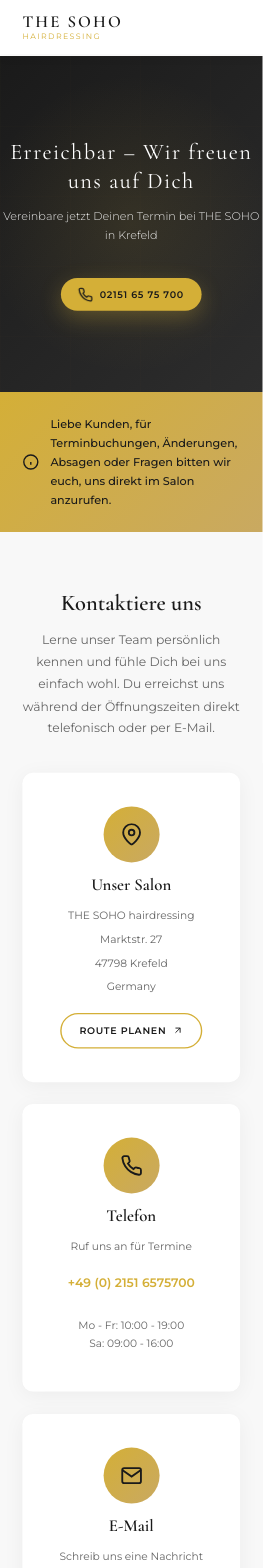
Repository: chichofb/friseur
Page: index.html
These files come from the project's save history. The page is drawn as it stood at one moment and after the next save; the edit follows.
The browser window is 375 px wide. The pictures show the part of the page from y = 0 to 2240 px (the page is 4831 px tall before and 4596 px after), at 70% of full size.

Above is the page before, as saved 2026-01-13 15:26:06.

### index.html
<!DOCTYPE html>
<html lang="de">

<head>
    <meta charset="UTF-8">
    <meta name="viewport" content="width=device-width, initial-scale=1.0">
    <title>THE SOHO - Kontakt | Dein Premium Friseur in Krefeld</title>
    <link rel="preconnect" href="https://fonts.googleapis.com">
    <link rel="preconnect" href="https://fonts.gstatic.com" crossorigin>
    <link
        href="https://fonts.googleapis.com/css2?family=Cormorant+Garamond:wght@300;400;500;600;700&family=Montserrat:wght@300;400;500;600&display=swap"
        rel="stylesheet">
    <link rel="stylesheet" href="styles.css">
</head>

<body>
    <!-- Header -->
    <header class="header">
        <div class="container">
            <a href="https://www.thesoho.de/" class="logo">
                <h1>THE SOHO</h1>
                <p class="tagline">hairdressing</p>
            </a>
            <button class="mobile-menu-toggle" aria-label="Toggle menu">
                <span></span>
                <span></span>
                <span></span>
            </button>
            <nav class="nav">
                <a href="https://www.thesoho.de/">Home</a>
                <a href="https://www.thesoho.de/styles/">Styles</a>
                <a href="https://www.thesoho.de/balayage/">Balayage</a>
                <a href="https://www.thesoho.de/team/">Team</a>
                <a href="https://www.thesoho.de/maennerperuecken/">Hair Systems</a>
                <a href="https://www.thesoho.de/pricelist/">Preisliste</a>
                <a href="https://www.thesoho.de/contact-us/" class="active">Kontakt</a>
            </nav>
        </div>
    </header>

    <!-- Hero Section -->
    <section class="hero">
        <div class="hero-overlay"></div>
        <div class="hero-content">
            <h2 class="hero-title">Erreichbar – Wir freuen uns auf Dich</h2>
            <p class="hero-subtitle">Vereinbare jetzt Deinen Termin bei THE SOHO in Krefeld</p>
            <a href="tel:004921516575700" class="btn-primary">
                <svg width="20" height="20" viewBox="0 0 24 24" fill="none" stroke="currentColor" stroke-width="2">
                    <path
                        d="M22 16.92v3a2 2 0 0 1-2.18 2 19.79 19.79 0 0 1-8.63-3.07 19.5 19.5 0 0 1-6-6 19.79 19.79 0 0 1-3.07-8.67A2 2 0 0 1 4.11 2h3a2 2 0 0 1 2 1.72 12.84 12.84 0 0 0 .7 2.81 2 2 0 0 1-.45 2.11L8.09 9.91a16 16 0 0 0 6 6l1.27-1.27a2 2 0 0 1 2.11-.45 12.84 12.84 0 0 0 2.81.7A2 2 0 0 1 22 16.92z">
                    </path>
                </svg>
                02151 65 75 700
            </a>
        </div>
    </section>

    <!-- Info Banner -->
    <section class="info-banner">
        <div class="container">
            <div class="info-content">
                <svg width="24" height="24" viewBox="0 0 24 24" fill="none" stroke="currentColor" stroke-width="2">
                    <circle cx="12" cy="12" r="10"></circle>
                    <line x1="12" y1="16" x2="12" y2="12"></line>
                    <line x1="12" y1="8" x2="12.01" y2="8"></line>
                </svg>
                <p>Liebe Kunden, für Terminbuchungen, Änderungen, Absagen oder Fragen bitten wir euch, uns direkt im
                    Salon anzurufen.</p>
            </div>
        </div>
    </section>

    <!-- Contact Section -->
    <section class="contact-section" id="contact">
        <div class="container">
            <div class="section-header">
                <h3 class="section-title">Kontaktiere uns</h3>
                <p class="section-description">
                    Lerne unser Team persönlich kennen und fühle Dich bei uns einfach wohl.
                    Du erreichst uns während der Öffnungszeiten direkt telefonisch oder per E-Mail.
                </p>
            </div>

            <div class="contact-grid">
                <!-- Contact Cards -->
                <div class="contact-card">
                    <div class="card-icon">
                        <svg width="32" height="32" viewBox="0 0 24 24" fill="none" stroke="currentColor"
                            stroke-width="2">
                            <path d="M21 10c0 7-9 13-9 13s-9-6-9-13a9 9 0 0 1 18 0z"></path>
                            <circle cx="12" cy="10" r="3"></circle>
                        </svg>
                    </div>
                    <h4>Unser Salon</h4>
                    <p>THE SOHO hairdressing</p>
                    <p>Marktstr. 27</p>
                    <p>47798 Krefeld</p>
                    <p>Germany</p>
                    <a href="https://goo.gl/maps/4pSyCB7KoeMvoTCw5" target="_blank" class="btn-secondary">
                        Route planen
                        <svg width="16" height="16" viewBox="0 0 24 24" fill="none" stroke="currentColor"
                            stroke-width="2">
                            <line x1="7" y1="17" x2="17" y2="7"></line>
                            <polyline points="7 7 17 7 17 17"></polyline>
                        </svg>
                    </a>
                </div>

                <div class="contact-card">
                    <div class="card-icon">
                        <svg width="32" height="32" viewBox="0 0 24 24" fill="none" stroke="currentColor"
                            stroke-width="2">
                            <path
                                d="M22 16.92v3a2 2 0 0 1-2.18 2 19.79 19.79 0 0 1-8.63-3.07 19.5 19.5 0 0 1-6-6 19.79 19.79 0 0 1-3.07-8.67A2 2 0 0 1 4.11 2h3a2 2 0 0 1 2 1.72 12.84 12.84 0 0 0 .7 2.81 2 2 0 0 1-.45 2.11L8.09 9.91a16 16 0 0 0 6 6l1.27-1.27a2 2 0 0 1 2.11-.45 12.84 12.84 0 0 0 2.81.7A2 2 0 0 1 22 16.92z">
                            </path>
                        </svg>
                    </div>
                    <h4>Telefon</h4>
                    <p>Ruf uns an für Termine</p>
                    <a href="tel:004921516575700" class="contact-link">+49 (0) 2151 6575700</a>
                    <p class="small-text">Mo - Fr: 10:00 - 19:00<br>Sa: 09:00 - 16:00</p>
                </div>

                <div class="contact-card">
                    <div class="card-icon">
                        <svg width="32" height="32" viewBox="0 0 24 24" fill="none" stroke="currentColor"
                            stroke-width="2">
                            <path d="M4 4h16c1.1 0 2 .9 2 2v12c0 1.1-.9 2-2 2H4c-1.1 0-2-.9-2-2V6c0-1.1.9-2 2-2z">
                            </path>
                            <polyline points="22,6 12,13 2,6"></polyline>
                        </svg>
                    </div>
                    <h4>E-Mail</h4>
                    <p>Schreib uns eine Nachricht</p>
                    <a href="mailto:hello@thesoho.de" class="contact-link">hello@thesoho.de</a>
                    <p class="small-text">Wir antworten innerhalb von 24 Stunden</p>
                </div>

                <div class="contact-card">
                    <div class="card-icon">
                        <svg width="32" height="32" viewBox="0 0 24 24" fill="none" stroke="currentColor"
                            stroke-width="2">
                            <circle cx="12" cy="12" r="10"></circle>
                            <polyline points="12 6 12 12 16 14"></polyline>
                        </svg>
                    </div>
                    <h4>Öffnungszeiten</h4>
                    <div class="opening-hours">
                        <div class="hours-row">
                            <span>Montag - Freitag</span>
                            <span>10:00 - 19:00</span>
                        </div>
                        <div class="hours-row">
                            <span>Samstag</span>
                            <span>09:00 - 16:00</span>
                        </div>
                        <div class="hours-row closed">
                            <span>Sonntag</span>
                            <span>Geschlossen</span>
                        </div>
                    </div>
                </div>
            </div>
        </div>
    </section>

    <!-- Map Section -->
    <section class="map-section">
        <div class="map-container">
            <iframe
                src="https://www.google.com/maps/embed?pb=!1m18!1m12!1m3!1d2484.5436!2d6.5654!3d51.3317!2m3!1f0!2f0!3f0!3m2!1i1024!2i768!4f13.1!3m3!1m2!1s0x47b8a9f4a9f4a9f5%3A0x1234567890!2sMarktstra%C3%9Fe%2027%2C%2047798%20Krefeld%2C%20Germany!5e0!3m2!1sen!2sde!4v1234567890"
                width="100%" height="100%" style="border:0;" allowfullscreen="" loading="lazy">
            </iframe>
        </div>
        <div class="map-overlay">
            <div class="map-info">
                <h3>Besuche uns</h3>
                <p>Mitten im Herzen von Krefeld</p>
                <a href="https://goo.gl/maps/4pSyCB7KoeMvoTCw5" target="_blank" class="btn-primary">
                    Navigation starten
                    <svg width="16" height="16" viewBox="0 0 24 24" fill="none" stroke="currentColor" stroke-width="2">
                        <line x1="7" y1="17" x2="17" y2="7"></line>
                        <polyline points="7 7 17 7 17 17"></polyline>
                    </svg>
                </a>
            </div>
        </div>
    </section>

    <!-- Social Section -->
    <section class="social-section">
        <div class="container">
            <div class="social-content">
                <h3>Folge uns</h3>
                <p>Bleib auf dem Laufenden mit unseren neuesten Styles und Trends</p>
                <div class="social-links">
                    <a href="https://www.instagram.com/thesohohairdressing/" target="_blank"
                        class="social-btn instagram">
                        <svg width="24" height="24" viewBox="0 0 24 24" fill="currentColor">
                            <rect x="2" y="2" width="20" height="20" rx="5" ry="5"></rect>
                            <path d="M16 11.37A4 4 0 1 1 12.63 8 4 4 0 0 1 16 11.37z" fill="none" stroke="white"
                                stroke-width="2"></path>
                            <line x1="17.5" y1="6.5" x2="17.51" y2="6.5" stroke="white" stroke-width="2"></line>
                        </svg>
                        <span>Instagram</span>
                    </a>
                    <a href="https://www.facebook.com/thesohohairdressing/" target="_blank" class="social-btn facebook">
                        <svg width="24" height="24" viewBox="0 0 24 24" fill="currentColor">
                            <path d="M18 2h-3a5 5 0 0 0-5 5v3H7v4h3v8h4v-8h3l1-4h-4V7a1 1 0 0 1 1-1h3z"></path>
                        </svg>
                        <span>Facebook</span>
                    </a>
                </div>
            </div>
        </div>
    </section>

    <!-- Footer -->
    <footer class="footer">
        <div class="container">
            <div class="footer-content">
                <div class="footer-brand">
                    <h2>THE SOHO</h2>
                    <p class="tagline">hairdressing</p>
                    <p class="footer-text">Premium Friseur in Krefeld seit 2025</p>
                </div>
                <div class="footer-links">
                    <h4>Quick Links</h4>
                    <a href="https://www.thesoho.de/">Home</a>
                    <a href="https://www.thesoho.de/styles/">Styles</a>
                    <a href="https://www.thesoho.de/team/">Team</a>
                    <a href="https://www.thesoho.de/contact-us/">Kontakt</a>
                </div>
                <div class="footer-links">
                    <h4>Services</h4>
                    <a href="https://www.thesoho.de/balayage/">Balayage</a>
                    <a href="https://www.thesoho.de/maennerperuecken/">Hair Systems</a>
                    <a href="https://www.thesoho.de/styles/">Styles</a>
                    <a href="https://www.thesoho.de/pricelist/">Preisliste</a>
                </div>
                <div class="footer-links">
                    <h4>Legal</h4>
                    <a href="https://www.thesoho.de/impressum/">Impressum</a>
                    <a href="https://www.thesoho.de/privacy-policy/">Privacy Policy</a>
                    <a href="https://www.thesoho.de/cookie-richtlinie-eu/">Cookie-Richtlinie</a>
                </div>
            </div>
            <div class="footer-bottom">
                <p>&copy; 2025 THE SOHO hairdressing. Alle Rechte vorbehalten.</p>
            </div>
        </div>
    </footer>

    <script src="script.js"></script>
</body>

</html>

### styles.css
/* ===== Reset & Base Styles ===== */
* {
    margin: 0;
    padding: 0;
    box-sizing: border-box;
}

:root {
    /* Color Palette - Elegant & Modern */
    --primary-color: #1a1a1a;
    --secondary-color: #d4af37;
    --accent-color: #c9a961;
    --text-primary: #2d2d2d;
    --text-secondary: #666666;
    --text-light: #999999;
    --bg-light: #f8f8f8;
    --bg-white: #ffffff;
    --border-color: #e5e5e5;

    /* Typography */
    --font-heading: 'Cormorant Garamond', serif;
    --font-body: 'Montserrat', sans-serif;

    /* Spacing */
    --spacing-xs: 0.5rem;
    --spacing-sm: 1rem;
    --spacing-md: 2rem;
    --spacing-lg: 3rem;
    --spacing-xl: 5rem;

    /* Transitions */
    --transition-fast: 0.2s ease;
    --transition-smooth: 0.4s ease;
}

body {
    font-family: var(--font-body);
    color: var(--text-primary);
    line-height: 1.7;
    background: var(--bg-white);
    overflow-x: hidden;
}

.container {
    max-width: 1200px;
    margin: 0 auto;
    padding: 0 var(--spacing-md);
}

h1,
h2,
h3,
h4,
h5,
h6 {
    font-family: var(--font-heading);
    font-weight: 600;
    line-height: 1.3;
}

a {
    text-decoration: none;
    color: inherit;
    transition: var(--transition-smooth);
}

/* ===== Header ===== */
.header {
    position: fixed;
    top: 0;
    left: 0;
    right: 0;
    background: rgba(255, 255, 255, 0.98);
    backdrop-filter: blur(10px);
    padding: var(--spacing-sm) 0;
    z-index: 1000;
    box-shadow: 0 2px 20px rgba(0, 0, 0, 0.05);
    animation: slideDown 0.5s ease;
}

@keyframes slideDown {
    from {
        transform: translateY(-100%);
        opacity: 0;
    }

    to {
        transform: translateY(0);
        opacity: 1;
    }
}

.header .container {
    display: flex;
    justify-content: space-between;
    align-items: center;
}

.logo {
    text-decoration: none;
    transition: var(--transition-smooth);
}

.logo:hover {
    transform: scale(1.05);
}

.logo h1 {
    font-size: 2rem;
    letter-spacing: 3px;
    color: var(--primary-color);
    margin: 0;
}

.tagline {
    font-size: 0.7rem;
    letter-spacing: 2px;
    color: var(--secondary-color);
    text-transform: uppercase;
    margin-top: -5px;
}

.mobile-menu-toggle {
    display: none;
    flex-direction: column;
    background: none;
    border: none;
    cursor: pointer;
    padding: 5px;
    z-index: 1001;
}

.mobile-menu-toggle span {
    width: 25px;
    height: 3px;
    background: var(--primary-color);
    margin: 3px 0;
    transition: var(--transition-smooth);
    border-radius: 3px;
}

.mobile-menu-toggle.active span:nth-child(1) {
    transform: rotate(45deg) translate(8px, 8px);
}

.mobile-menu-toggle.active span:nth-child(2) {
    opacity: 0;
}

.mobile-menu-toggle.active span:nth-child(3) {
    transform: rotate(-45deg) translate(7px, -7px);
}

.nav {
    display: flex;
    gap: var(--spacing-md);
}

.nav a {
    font-size: 0.9rem;
    font-weight: 500;
    color: var(--text-secondary);
    text-transform: uppercase;
    letter-spacing: 1px;
    position: relative;
    transition: var(--transition-smooth);
}

.nav a.active {
    color: var(--secondary-color);
    font-weight: 600;
}

.nav a::after {
    content: '';
    position: absolute;
    bottom: -5px;
    left: 0;
    width: 0;
    height: 2px;
    background: var(--secondary-color);
    transition: var(--transition-smooth);
}

.nav a:hover {
    color: var(--primary-color);
}

.nav a:hover::after {
    width: 100%;
}

.nav a.active::after {
    width: 100%;
}

/* ===== Hero Section ===== */
.hero {
    position: relative;
    height: 70vh;
    min-height: 500px;
    display: flex;
    align-items: center;
    justify-content: center;
    background: linear-gradient(135deg, #1a1a1a 0%, #2d2d2d 100%);
    margin-top: 80px;
    overflow: hidden;
}

.hero::before {
    content: '';
    position: absolute;
    top: 0;
    left: 0;
    right: 0;
    bottom: 0;
    background-image: url('data:[embedded picture, 329 characters]');
    opacity: 0.3;
}

.hero-overlay {
    position: absolute;
    top: 0;
    left: 0;
    right: 0;
    bottom: 0;
    background: radial-gradient(circle at 50% 50%, rgba(212, 175, 55, 0.1) 0%, transparent 70%);
}

.hero-content {
    position: relative;
    text-align: center;
    color: var(--bg-white);
    z-index: 2;
    animation: fadeInUp 1s ease;
}

@keyframes fadeInUp {
    from {
        opacity: 0;
        transform: translateY(30px);
    }

    to {
        opacity: 1;
        transform: translateY(0);
    }
}

.hero-title {
    font-size: 4rem;
    font-weight: 400;
    margin-bottom: var(--spacing-sm);
    letter-spacing: 2px;
}

.hero-subtitle {
    font-size: 1.2rem;
    font-weight: 300;
    margin-bottom: var(--spacing-lg);
    color: rgba(255, 255, 255, 0.9);
}

.btn-primary {
    display: inline-flex;
    align-items: center;
    gap: 10px;
    padding: 15px 40px;
    background: var(--secondary-color);
    color: var(--primary-color);
    font-weight: 600;
    font-size: 1rem;
    letter-spacing: 1px;
    text-transform: uppercase;
    border-radius: 50px;
    transition: var(--transition-smooth);
    box-shadow: 0 10px 30px rgba(212, 175, 55, 0.3);
}

.btn-primary:hover {
    background: var(--accent-color);
    transform: translateY(-3px);
    box-shadow: 0 15px 40px rgba(212, 175, 55, 0.4);
}

.btn-primary svg {
    animation: pulse 2s infinite;
}

@keyframes pulse {

    0%,
    100% {
        transform: scale(1);
    }

    50% {
        transform: scale(1.1);
    }
}

/* ===== Info Banner ===== */
.info-banner {
    background: linear-gradient(135deg, var(--secondary-color) 0%, var(--accent-color) 100%);
    padding: var(--spacing-md) 0;
    animation: slideInLeft 0.8s ease;
}

@keyframes slideInLeft {
    from {
        opacity: 0;
        transform: translateX(-50px);
    }

    to {
        opacity: 1;
        transform: translateX(0);
    }
}

.info-content {
    display: flex;
    align-items: center;
    gap: var(--spacing-sm);
    color: var(--primary-color);
}

.info-content svg {
    flex-shrink: 0;
}

.info-content p {
    font-size: 1rem;
    font-weight: 500;
}

/* ===== Contact Section ===== */
.contact-section {
    padding: var(--spacing-xl) 0;
    background: var(--bg-light);
}

.section-header {
    text-align: center;
    max-width: 700px;
    margin: 0 auto var(--spacing-lg);
    animation: fadeIn 1s ease;
}

@keyframes fadeIn {
    from {
        opacity: 0;
    }

    to {
        opacity: 1;
    }
}

.section-title {
    font-size: 3rem;
    margin-bottom: var(--spacing-sm);
    color: var(--primary-color);
}

.section-description {
    font-size: 1.1rem;
    color: var(--text-secondary);
    line-height: 1.8;
}

.contact-grid {
    display: grid;
    grid-template-columns: repeat(auto-fit, minmax(280px, 1fr));
    gap: var(--spacing-md);
    margin-top: var(--spacing-lg);
}

.contact-card {
    background: var(--bg-white);
    padding: var(--spacing-lg);
    border-radius: 15px;
    box-shadow: 0 5px 30px rgba(0, 0, 0, 0.05);
    transition: var(--transition-smooth);
    text-align: center;
    animation: scaleIn 0.6s ease;
    animation-fill-mode: both;
}

@keyframes scaleIn {
    from {
        opacity: 0;
        transform: scale(0.9);
    }

    to {
        opacity: 1;
        transform: scale(1);
    }
}

.contact-card:nth-child(1) {
    animation-delay: 0.1s;
}

.contact-card:nth-child(2) {
    animation-delay: 0.2s;
}

.contact-card:nth-child(3) {
    animation-delay: 0.3s;
}

.contact-card:nth-child(4) {
    animation-delay: 0.4s;
}

.contact-card:hover {
    transform: translateY(-10px);
    box-shadow: 0 15px 50px rgba(0, 0, 0, 0.1);
}

.card-icon {
    width: 80px;
    height: 80px;
    margin: 0 auto var(--spacing-sm);
    background: linear-gradient(135deg, var(--secondary-color) 0%, var(--accent-color) 100%);
    border-radius: 50%;
    display: flex;
    align-items: center;
    justify-content: center;
    color: var(--primary-color);
    transition: var(--transition-smooth);
}

.contact-card:hover .card-icon {
    transform: rotate(360deg);
}

.contact-card h4 {
    font-size: 1.5rem;
    margin-bottom: var(--spacing-sm);
    color: var(--primary-color);
}

.contact-card p {
    color: var(--text-secondary);
    margin-bottom: var(--spacing-xs);
    font-size: 0.95rem;
}

.contact-link {
    display: inline-block;
    color: var(--secondary-color);
    font-weight: 600;
    font-size: 1.1rem;
    margin: var(--spacing-sm) 0;
    transition: var(--transition-fast);
}

.contact-link:hover {
    color: var(--accent-color);
    transform: scale(1.05);
}

.small-text {
    font-size: 0.85rem;
    color: var(--text-light);
    margin-top: var(--spacing-sm);
}

.btn-secondary {
    display: inline-flex;
    align-items: center;
    gap: 8px;
    padding: 12px 25px;
    background: transparent;
    color: var(--primary-color);
    border: 2px solid var(--secondary-color);
    font-weight: 600;
    font-size: 0.9rem;
    letter-spacing: 1px;
    text-transform: uppercase;
    border-radius: 50px;
    margin-top: var(--spacing-sm);
    transition: var(--transition-smooth);
}

.btn-secondary:hover {
    background: var(--secondary-color);
    transform: translateY(-2px);
    box-shadow: 0 10px 25px rgba(212, 175, 55, 0.3);
}

.opening-hours {
    text-align: left;
    margin-top: var(--spacing-sm);
}

.hours-row {
    display: flex;
    justify-content: space-between;
    padding: var(--spacing-xs) 0;
    border-bottom: 1px solid var(--border-color);
}

.hours-row:last-child {
    border-bottom: none;
}

.hours-row span:first-child {
    color: var(--text-primary);
    font-weight: 500;
}

.hours-row span:last-child {
    color: var(--text-secondary);
}

.hours-row.closed span {
    color: var(--text-light);
}

/* ===== Map Section ===== */
.map-section {
    position: relative;
    height: 500px;
    overflow: hidden;
}

.map-container {
    width: 100%;
    height: 100%;
}

.map-container iframe {
    filter: grayscale(0.3);
    transition: var(--transition-smooth);
}

.map-container:hover iframe {
    filter: grayscale(0);
}

.map-overlay {
    position: absolute;
    top: 50%;
    left: 50%;
    transform: translate(-50%, -50%);
    z-index: 10;
}

.map-info {
    background: rgba(255, 255, 255, 0.98);
    backdrop-filter: blur(10px);
    padding: var(--spacing-lg);
    border-radius: 20px;
    text-align: center;
    box-shadow: 0 20px 60px rgba(0, 0, 0, 0.2);
    min-width: 300px;
    animation: float 3s ease-in-out infinite;
}

@keyframes float {

    0%,
    100% {
        transform: translateY(0);
    }

    50% {
        transform: translateY(-10px);
    }
}

.map-info h3 {
    font-size: 2rem;
    margin-bottom: var(--spacing-xs);
    color: var(--primary-color);
}

.map-info p {
    color: var(--text-secondary);
    margin-bottom: var(--spacing-md);
}

/* ===== Social Section ===== */
.social-section {
    padding: var(--spacing-xl) 0;
    background: var(--primary-color);
    color: var(--bg-white);
}

.social-content {
    text-align: center;
    animation: fadeInUp 1s ease;
}

.social-content h3 {
    font-size: 2.5rem;
    margin-bottom: var(--spacing-sm);
}

.social-content p {
    font-size: 1.1rem;
    margin-bottom: var(--spacing-lg);
    color: rgba(255, 255, 255, 0.8);
}

.social-links {
    display: flex;
    justify-content: center;
    gap: var(--spacing-md);
    flex-wrap: wrap;
}

.social-btn {
    display: inline-flex;
    align-items: center;
    gap: 12px;
    padding: 15px 35px;
    border-radius: 50px;
    font-weight: 600;
    font-size: 1rem;
    letter-spacing: 1px;
    text-transform: uppercase;
    transition: var(--transition-smooth);
    box-shadow: 0 10px 30px rgba(0, 0, 0, 0.3);
}

.social-btn:hover {
    transform: translateY(-5px);
    box-shadow: 0 15px 40px rgba(0, 0, 0, 0.4);
}

.instagram {
    background: linear-gradient(45deg, #405DE6, #5851DB, #833AB4, #C13584, #E1306C, #FD1D1D, #F56040, #F77737, #FCAF45, #FFDC80);
    color: white;
}

.facebook {
    background: #1877F2;
    color: white;
}

/* ===== Footer ===== */
.footer {
    background: var(--bg-light);
    padding: var(--spacing-xl) 0 var(--spacing-md);
}

.footer-content {
    display: grid;
    grid-template-columns: repeat(auto-fit, minmax(200px, 1fr));
    gap: var(--spacing-lg);
    margin-bottom: var(--spacing-lg);
}

.footer-brand h2 {
    font-size: 2rem;
    letter-spacing: 3px;
    color: var(--primary-color);
    margin-bottom: 5px;
}

.footer-text {
    color: var(--text-secondary);
    margin-top: var(--spacing-sm);
}

.footer-links h4 {
    font-size: 1.1rem;
    margin-bottom: var(--spacing-sm);
    color: var(--primary-color);
}

.footer-links {
    display: flex;
    flex-direction: column;
    gap: var(--spacing-xs);
}

.footer-links a {
    color: var(--text-secondary);
    font-size: 0.95rem;
    transition: var(--transition-fast);
}

.footer-links a:hover {
    color: var(--secondary-color);
    padding-left: 5px;
}

.footer-bottom {
    border-top: 1px solid var(--border-color);
    padding-top: var(--spacing-md);
    text-align: center;
}

.footer-bottom p {
    color: var(--text-light);
    font-size: 0.9rem;
}

/* ===== Responsive Design ===== */
@media (max-width: 768px) {
    .hero-title {
        font-size: 2.5rem;
    }

    .hero-subtitle {
        font-size: 1rem;
    }

    .section-title {
        font-size: 2rem;
    }

    .nav {
        display: none;
    }

    .contact-grid {
        grid-template-columns: 1fr;
    }

    .map-section {
        height: 400px;
    }

    .social-links {
        flex-direction: column;
        align-items: center;
    }

    .footer-content {
        grid-template-columns: 1fr;
        text-align: center;
    }
}

@media (max-width: 480px) {
    .hero {
        height: 60vh;
        min-height: 400px;
    }

    .hero-title {
        font-size: 2rem;
    }

    .logo h1 {
        font-size: 1.5rem;
    }

    .btn-primary,
    .btn-secondary {
        padding: 12px 25px;
        font-size: 0.85rem;
    }
}

Loaded but not shown: script.js (109 lines, source omitted)

After the next save:
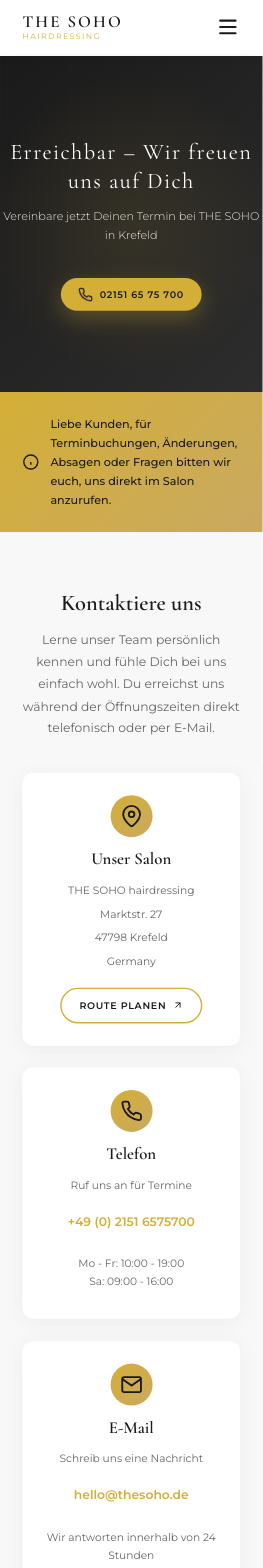
Saved 19 s later.
--- a/styles.css
+++ b/styles.css
@@ -703,6 +703,16 @@
 }
 
 /* ===== Responsive Design ===== */
+@media (max-width: 1024px) {
+    .nav {
+        gap: var(--spacing-sm);
+    }
+
+    .nav a {
+        font-size: 0.8rem;
+    }
+}
+
 @media (max-width: 768px) {
     .hero-title {
         font-size: 2.5rem;
@@ -716,7 +726,42 @@
         font-size: 2rem;
     }
 
+    .mobile-menu-toggle {
+        display: flex;
+    }
+
     .nav {
+        position: fixed;
+        top: 80px;
+        left: 0;
+        right: 0;
+        flex-direction: column;
+        background: var(--bg-white);
+        padding: var(--spacing-md);
+        box-shadow: 0 10px 30px rgba(0, 0, 0, 0.1);
+        transform: translateY(-150%);
+        opacity: 0;
+        transition: transform 0.4s ease, opacity 0.4s ease;
+        gap: 0;
+    }
+
+    .nav.active {
+        transform: translateY(0);
+        opacity: 1;
+    }
+
+    .nav a {
+        padding: var(--spacing-sm) 0;
+        border-bottom: 1px solid var(--border-color);
+        text-align: center;
+        font-size: 1rem;
+    }
+
+    .nav a:last-child {
+        border-bottom: none;
+    }
+
+    .nav a::after {
         display: none;
     }
 
@@ -758,4 +803,13 @@
         padding: 12px 25px;
         font-size: 0.85rem;
     }
-}
+
+    .contact-card {
+        padding: var(--spacing-md);
+    }
+
+    .card-icon {
+        width: 60px;
+        height: 60px;
+    }
+}
